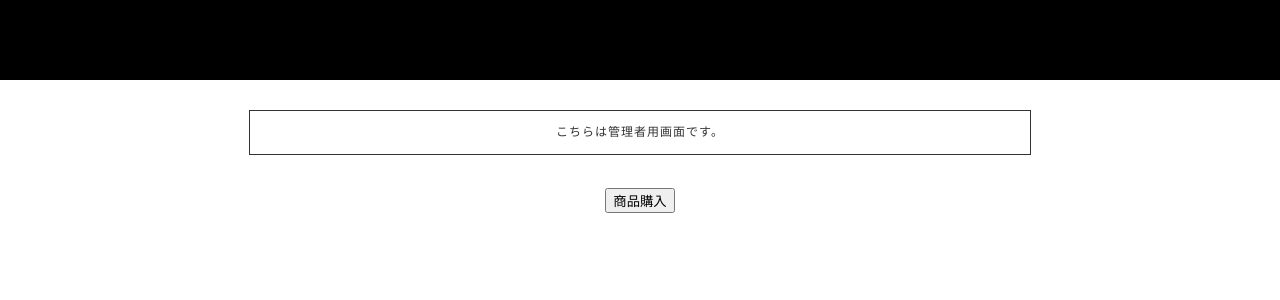
Repository: hoshikagi96/backup
Page: http://localhost/ecsite/adminPage.jsp
The author's editor kept a copy of each file at every save. The page is drawn from the files as they stood at one save, then again after the next save.
The browser window is 1280 px wide. The pictures show the whole page.
The page is served by Tomcat 9. Other server files are loaded and not shown.

Above is the page before, as saved 2018-03-07 12:35:15.

### backup/workspase2/ecsite/WebContent/adminPage.jsp
<%@ page language="java" contentType="text/html; charset=UTF-8"
    pageEncoding="UTF-8"%>
<%@ taglib prefix="s" uri="/struts-tags" %>
<!DOCTYPE html>
<html>
<head>
  <meta http-equiv="Content-Type" content="text/html; charset=utf-8" />
  <meta http-equiv="Contet-Style-Type" content="text/css" />
  <meta http-equiv="Content-Script-Type" content="text/javascript" />
  <meta http-equiv="imagetoolbar" content="no" />
  <meta name="description" content="" />
  <meta name="keywords" content="" />
  <title>管理者画面</title>

  <style type="text/css">
    body{
      margin:0;
      padding:0;
      line-height:1.6;
      letter-spacing:1px;
      font-family:Verdana,Helvetica,sans-selif;
      font-size:12px;
      color:#333;
      background:#fff;
    }
    table{
      text-align:center;
      margin:0 auto;
    }
    #top{
      width:780px;
      margin:30px auto;
      border:1px solid #333;
    }
    #header{
      eidth:100%;
      height:80px;
      background-color:black;
    }
    #main{
      width:100%;
      height:500px;
      text-align:center;
    }

    #fotter{
      width:100%;
      height:80px;
      background-color:black;
      clear:both;
    }
    #text-center{
      display:inline-block;
      text-align:center;
    }
  </style>
</head>
<body>
  <div id="header">
    <div id="pr"></div>
  </div>
  <div id="main">
    <div id="top">
      <p>こちらは管理者用画面です。</p>
    </div>
    <div id="text-center">
      <s:form action="HomeAction">
        <s:submit value="商品購入"/>
      </s:form>
      <s:if test="#session.id !=null">
        <p>ログアウトする場合は<a href='<s:url action="LogoutAction" />'>こちら</a></p>
      </s:if>
    </div>
  </div>
  <div id="footer">
    <div id="pr"></div>
  </div>

</body>
</html>

After the next save:
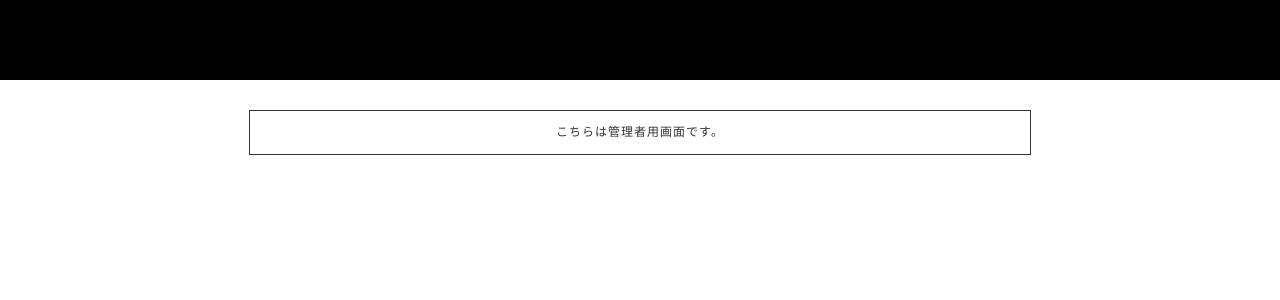
Saved 50 s later.
--- a/backup/workspase2/ecsite/WebContent/adminPage.jsp
+++ b/backup/workspase2/ecsite/WebContent/adminPage.jsp
@@ -64,9 +64,7 @@
       <p>こちらは管理者用画面です。</p>
     </div>
     <div id="text-center">
-      <s:form action="HomeAction">
-        <s:submit value="商品購入"/>
-      </s:form>
+
       <s:if test="#session.id !=null">
         <p>ログアウトする場合は<a href='<s:url action="LogoutAction" />'>こちら</a></p>
       </s:if>
